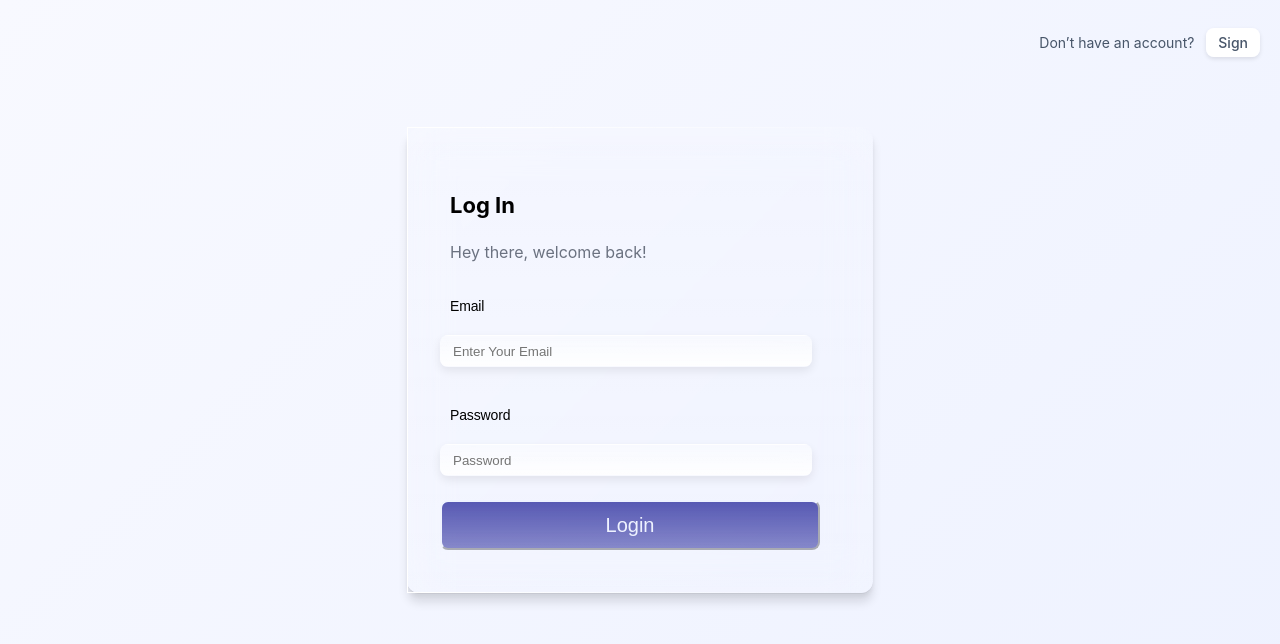
Repository: AfifaNoor/Admin_Panel-React-
Page: /
The author's editor kept a copy of each file at every save. The page is drawn from the files as they stood at one save, then again after the next save.
The browser window is 1280 px wide. The pictures show the whole page.
The project was rebuilt for these pictures with package versions that can differ from the ones it lists, and the page was loaded fresh each time. Also part of the build but not shown: src/SignUp.jsx.

Above is the page before, as saved 2025-07-10 18:14:46.

### src/App.js
import React from 'react'
import LoginPage from './LoginPage'
import { RouterProvider } from 'react-router-dom'
import Router from './Router'

const App = () => {
  return (
    <>
      {/* <RouterProvider router={Router}/> */}
      <LoginPage/>
    </>


  )
}

export default App

### src/LoginPage.jsx
import React, { useState } from 'react'
// import {Navigate, useNavigate} from 'react-router-dom';
import "./LoginPage.css"
import { ToastContainer, toast } from 'react-toastify';
import 'react-toastify/dist/ReactToastify.css';

const LoginPage = () => {
    const[email , setEmail]=useState('')
    const [password , setPassword] = useState('')
    // const navigate= useNavigate();

const handleSubmit =(e)=>{
    e.preventDefault();

 const hardcoreMail="login@gmail.com";
 const hardcorePassword = '1234567'

    if (email=== hardcoreMail && password === hardcorePassword){
        alert("Login Successfull")

    }else{
        alert("Invalid Credential")
    }

}



  return (
 <div className="login-container">

      <div className="signup-redirect">
        <p>
          Don’t have an account?{' '}
          {/* <span className="signup-link" onClick={() => navigate('/sign-up')}> */}
            {/* Sign Up */}
          {/* </span> */}
          <span className="signup-link" >
            Sign
          </span>
        </p>
      </div>



    <div>



    </div>

      <form className="login-form" onSubmit={handleSubmit}>
      <div className="title">
        <h1>Log In</h1>
        <p>Hey there, welcome back!</p>
      </div>
      <label className='form-label'>Email</label>
        <input
          type="email"
          className="form-input"
          value={email}
          placeholder="Enter Your Email"
          onChange={(e) => setEmail(e.target.value)}
          required
        />

        <label className='form-label'>Password</label>
        <input
          type="password"
          className="form-input"
          placeholder="Password"
          value={password}
          onChange={(e) => setPassword(e.target.value)}
          required
        />

        <button className="login-btn" type="submit">
          Login
        </button>

        {/* <ToastContainer /> */}
      </form>
    </div>
  );
}

export default LoginPage

### src/Router.jsx
import React from 'react';
import { createBrowserRouter , createRoutesFromElements , Route } from 'react-router-dom';
import LoginPage from './LoginPage';
import SignUp from './SignUp';

const Router = createBrowserRouter(
  createRoutesFromElements(
    <>

      <Route path='/sign-up' element={<SignUp/>}/>
      <Route path='login-page' element={<LoginPage/>}/>
    </>
  )
)

export default Router;

### src/LoginPage.css
.login-container {
  width: 100%;
  height: 100vh;
  /* background: #FFFFFF; */
  opacity: 1;
  transform: rotate(0deg);
  display: flex;
  justify-content: center;
  align-items: center;
  background: linear-gradient(135deg, #f8f9ff, #eef2ff);
  flex-direction: column;
  /* font-family: 'Inter','sans-serif'; */
  position: relative;


}
.signup-redirect {
  position: absolute;
  top: 20px;
  right: 20px;
  font-size: 14px;
  color: #475569;
}

.signup-link {
  background: #ffffff;
  border-radius: 8px;
  padding: 6px 12px;
  margin-left: 8px;
  box-shadow: 0 2px 4px rgba(0,0,0,0.1);
  cursor: pointer;
  font-weight: 500;
  transition: all 0.3s ease;
}

.signup-link:hover {
  background: #f0f0f0;
}




.login-form{
  width: 400px;
  height: 400px;
  /* position: absolute; */
  /* top: 150.5px; */
  /* left: 482px; */
  border-radius: 12px;
  padding: 32px;
  gap: 10px;
  opacity: 1;
  flex-direction: column;
  display: flex;


  z-index: 2;

  background: linear-gradient(180deg, rgba(255, 255, 255, 0) -9.58%, rgba(255, 255, 255, 0.052) 100%);
  border: 1px solid transparent;
  border-image-source: linear-gradient(93.78deg, #FFFFFF 8.04%, rgba(255, 255, 255, 0) 100%);
  border-image-slice: 1;


-webkit-backdrop-filter: blur(20px);
backdrop-filter: blur(20px);

box-shadow:
  0px 10px 10px 0px rgba(0, 0, 0, 0.10),
  0px 4px 4px 0px rgba(0, 0, 0, 0.05),
  0px 1px 0px 0px rgba(0, 0, 0, 0.05),
  inset 0px 20px 50px 0px rgba(255, 255, 255, 0.15);

}

.title{
  z-index: 3;
  width: 380px;
  height: 72px;
  opacity: 1;
  gap: 10px;
  padding: 10px;
  /* margin-bottom: 550px; */
  /* box-shadow: 0 4px 12px rgba(0, 0, 0, 0.1); */
  margin-bottom: 20px;


}

.title h1 {
width: 380px;
height: 40px;
font-family: 'Inter', sans-serif;
font-weight: 600px;
font-size: 22px;
line-height: 40px;
letter-spacing: -1%;
margin-bottom: 8px;
}

.title p{
  font-size: 16px;
  font-style: Inter;
  font-weight: 400px;
  font-style:normal;
  line-height: 22px;
  /* letter-spacing: -1%; */
  color: rgba(107, 114, 128, 1);
  margin-bottom: 24px;
  /* margin-bottom: 5px; */

}

.form-label{
width: 380px;
height: 22px;
transform: rotate(0deg);
opacity: 1;
gap: 12px;
text-align: left;
font-family: 'Intern',sans-serif;
font-weight: 500px;
font-size: 14px;
line-height: 22px;
letter-spacing: -0.01em;
color:black;
border: none;
border-radius: 6px;
padding: 3px 10px;
cursor: pointer;
display: inline-flex;
/* align-items: left; */
justify-content: left;
margin-top: 10px;
margin-bottom: 5px;

}

.form-input{

  width: 350px;
  height: 20px;
  min-width: 140px;
  max-width: 500px;
  transform: rotate(0deg);
  opacity: 1;
  border-radius: 8px;
  border-width: 1px;
  padding: 5px 8px 5px 12px;
  gap: 8px;
  margin-bottom: 14px;

  background: linear-gradient(0deg, rgba(255, 255, 255, 0.9) 0%, rgba(255, 255, 255, 0.4) 100%);
  border: 1px solid transparent; /* fallback for border-image */

  border-image:
    linear-gradient(0deg, rgba(255, 255, 255, 0.1), rgba(255, 255, 255, 0.1)),
    linear-gradient(360deg, rgba(255, 255, 255, 0.5) 0%, rgba(255, 255, 255, 0) 100%);
  border-image-slice: 1;


  -webkit-backdrop-filter: blur(20px);
  backdrop-filter: blur(20px);
  box-shadow: 0 4px 10px rgba(0,0,0,0.08);
  cursor: pointer;
}

.login-btn{
  direction: vertical;
  width: 380px;
  height: 50px;
  padding: 7px 7px ;
  gap: 12px;
  border-radius:8px;
  opacity: 90%;
  border-color: #eef2ff;
  color: #eef2ff;
  font-weight: 400px;
  font-size: 20px;
  /* border: 1px solid;


border-image-source: linear-gradient(0deg, rgba(255, 255, 255, 0.1), rgba(255, 255, 255, 0.1)),
linear-gradient(45deg, rgba(255, 255, 255, 0) 33.33%, #FFFFFF 95%); */

;
  background: linear-gradient(180deg, #4648AB 0%, rgba(70, 72, 171, 0.7) 100%)
  /* background: linear-gradient(119.36deg, rgba(99, 102, 241, 0.2) 0%, rgba(236, 72, 153, 0.2) 100%) */

}

Loaded but not shown: public/index.html (common file); src/index.js (common file); src/index.css (common file); src/reportWebVitals.js (common file)

After the next save:
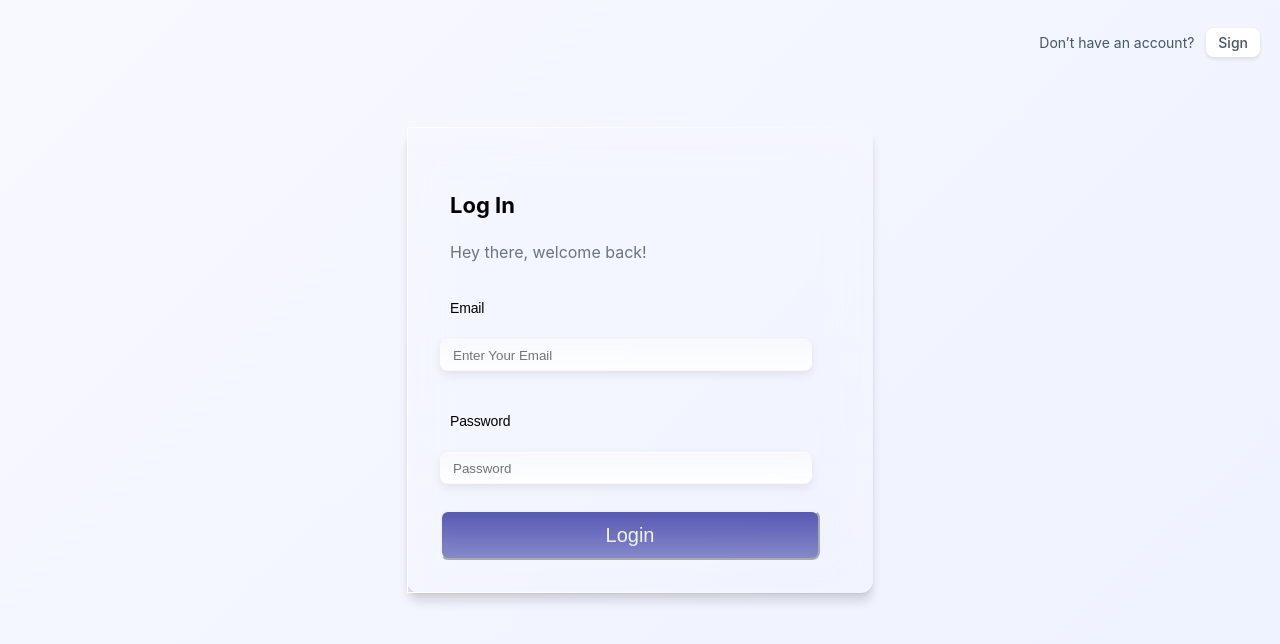
Saved 29 s later.
--- a/src/LoginPage.css
+++ b/src/LoginPage.css
@@ -52,7 +52,7 @@
   opacity: 1;
   flex-direction: column;
   display: flex;
-
+  gap:12px;
 
   z-index: 2;
 
